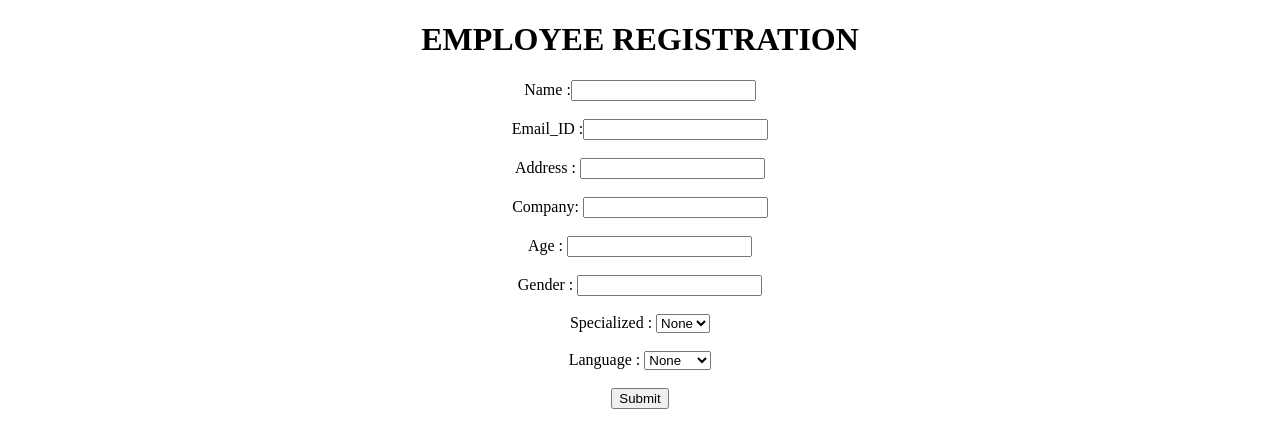
Repository: sunil965/JDBC-Servlet-JSP
Page: http://localhost/JspRegistrationTask/loginJspCall
The author's editor kept a copy of each file at every save. The page is drawn from the files as they stood at one save, then again after the next save.
The browser window is 1280 px wide. The pictures show the whole page.
The page is served by Tomcat 9. Other server files are loaded and not shown.

Above is the page before, as saved 2017-05-02 10:10:32.

### JspRegistrationTask/WebContent/userlogin.jsp
<%@ page language="java" contentType="text/html; charset=UTF-8"
    pageEncoding="UTF-8"%>
<!DOCTYPE html PUBLIC "-//W3C//DTD HTML 4.01 Transitional//EN" "http://www.w3.org/TR/html4/loose.dtd">
<html>
<head>
<meta http-equiv="Content-Type" content="text/html; charset=UTF-8">
<title>User Login</title>
</head>
<body>
 <div align="center">
 <h1>EMPLOYEE REGISTRATION</h1>
	<form action="userlogin" method="post">
		Name :<input type="text" name="uname"><br><br>
		Email_ID :<input type="email" name="mail"><br><br>
		Address : <input type="text" name="address"><br><br>
		Company: <input type="text" name="address"><br><br>
		Age : <input type="text" name="address"><br><br>
		Gender : <input type="text" name="address"><br><br>
		Specialized : <select name="specialized">
						  <option value="">None</option>
						  <option value="c">C</option>
						  <option value="c++">C++</option>
						  <option value="j2se">J2SE</option>
						  <option value="j2ee">J2EE</option>
						</select><br><br>
		Language : <select name="language">
						  <option value="">None</option>
						  <option value="hindi">Hindi</option>
						  <option value="eng">English</option>
						  <option value="punjabi">Punjabi</option>
						  <option value="marathi">Marathi</option>
						</select><br><br>
						<input type="submit">
	</form>
  </div>
</body>
</html>

### JspRegistrationTask/src/com/bridgeit/JSPCalls/LoginJspCall.java
package com.bridgeit.JSPCalls;

import java.io.IOException;
import javax.servlet.ServletException;
import javax.servlet.annotation.WebServlet;
import javax.servlet.http.HttpServlet;
import javax.servlet.http.HttpServletRequest;
import javax.servlet.http.HttpServletResponse;

@WebServlet("/loginJspCall")
public class LoginJspCall extends HttpServlet {
	private static final long serialVersionUID = 1L;

	protected void doGet(HttpServletRequest request, HttpServletResponse response) throws ServletException, IOException {
		/*response.getWriter().append("Served at: ").append(request.getContextPath());*/
		request.getRequestDispatcher("userlogin.jsp").forward(request, response);
	}

}

After the next save:
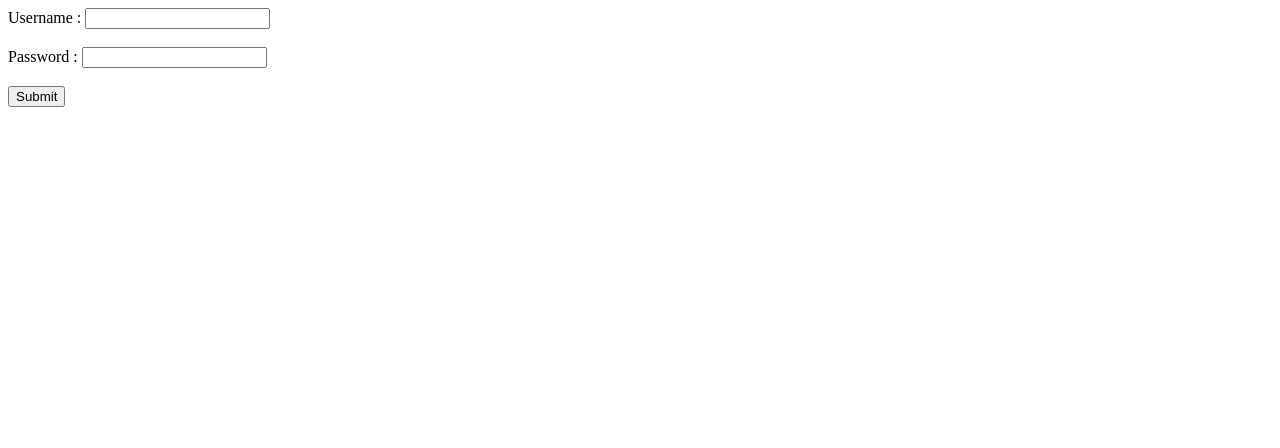
Saved 109 s later.
--- a/JspRegistrationTask/WebContent/userlogin.jsp
+++ b/JspRegistrationTask/WebContent/userlogin.jsp
@@ -7,31 +7,10 @@
 <title>User Login</title>
 </head>
 <body>
- <div align="center">
- <h1>EMPLOYEE REGISTRATION</h1>
-	<form action="userlogin" method="post">
-		Name :<input type="text" name="uname"><br><br>
-		Email_ID :<input type="email" name="mail"><br><br>
-		Address : <input type="text" name="address"><br><br>
-		Company: <input type="text" name="address"><br><br>
-		Age : <input type="text" name="address"><br><br>
-		Gender : <input type="text" name="address"><br><br>
-		Specialized : <select name="specialized">
-						  <option value="">None</option>
-						  <option value="c">C</option>
-						  <option value="c++">C++</option>
-						  <option value="j2se">J2SE</option>
-						  <option value="j2ee">J2EE</option>
-						</select><br><br>
-		Language : <select name="language">
-						  <option value="">None</option>
-						  <option value="hindi">Hindi</option>
-						  <option value="eng">English</option>
-						  <option value="punjabi">Punjabi</option>
-						  <option value="marathi">Marathi</option>
-						</select><br><br>
-						<input type="submit">
-	</form>
-  </div>
+ <form action="userlogin">
+ 	Username : <input><br><br>
+ 	Password : <input><br><br>
+ 	<input type="submit">
+ </form>
 </body>
 </html>
